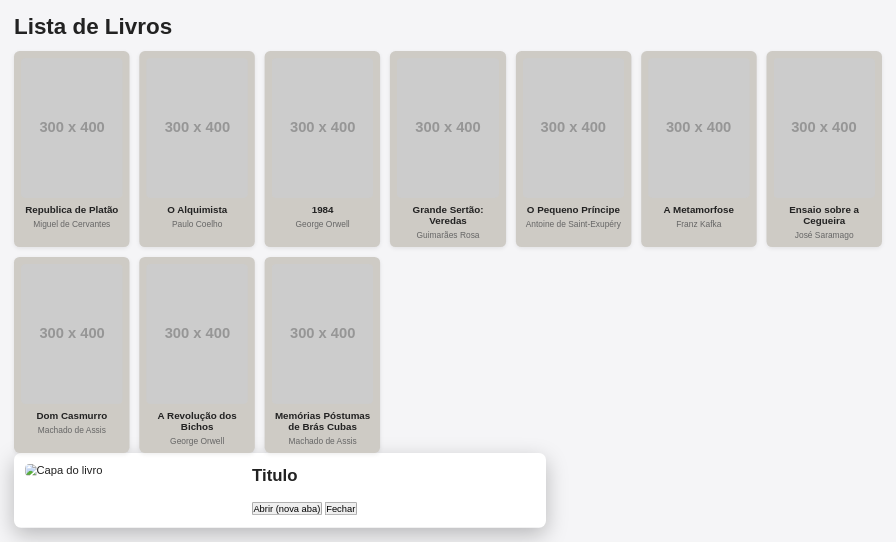
Repository: cleytonds/Biblioteca
Page: templates/lista_livros.HTML
The author's editor kept a copy of each file at every save. The page is drawn from the files as they stood at one save, then again after the next save.
The browser window is 1280 px wide. The pictures show the part of the page from y = 0 to 1920 px (the page is 774 px tall before and 2966 px after), at 70% of full size.

Above is the page before, as saved 2025-11-15 16:52:11.

After the next save:
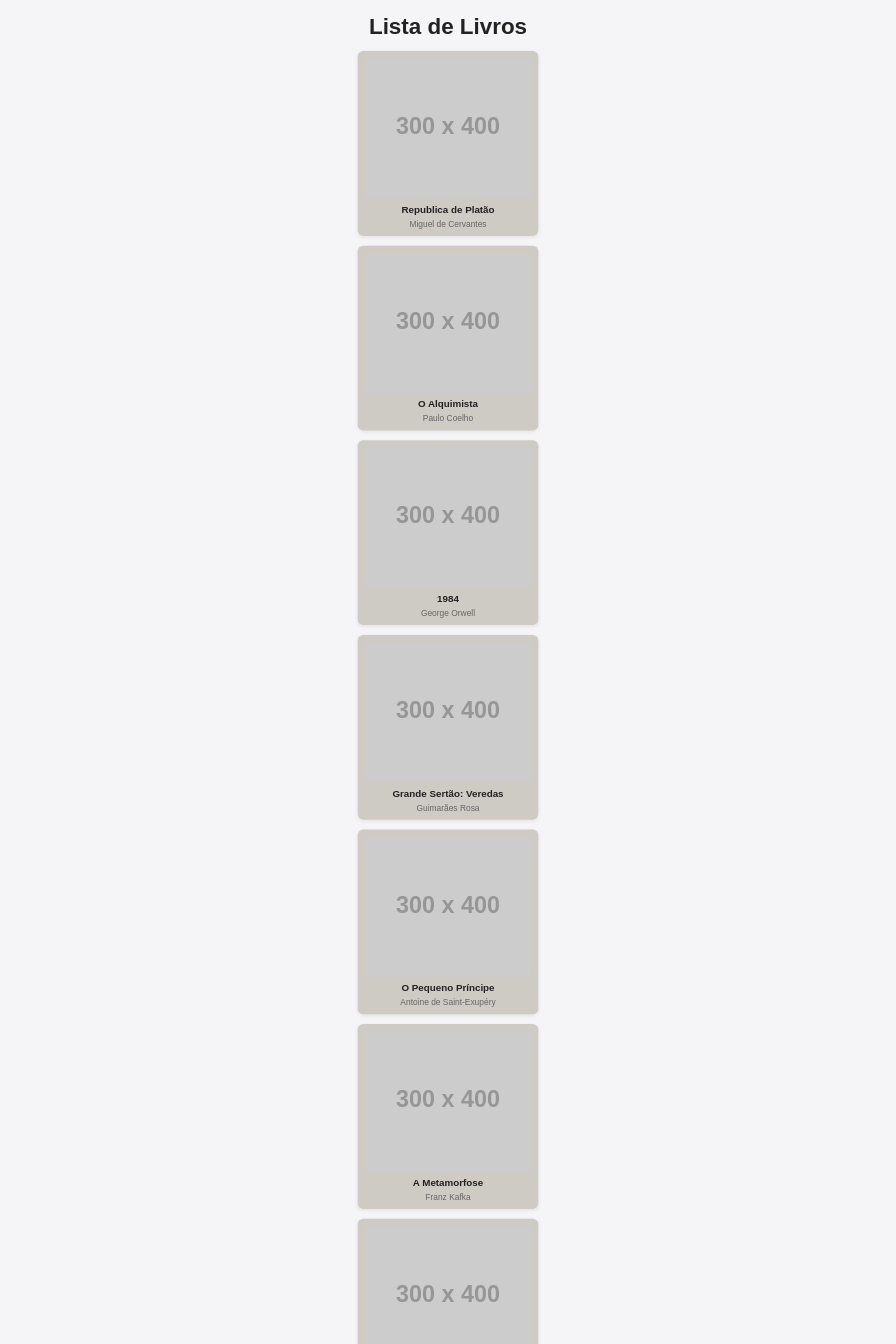
Saved 2 min 4 s later.
--- a/Static/lista_de_livros.css
+++ b/Static/lista_de_livros.css
@@ -10,8 +10,15 @@
     background: #f5f5f7;
     color: #222;
 
+    display: flex;
+    flex-direction: column;
+    justify-content: center;
+    align-items: center;
+    min-width: 100vh;
+
 
 }
+
 
 /* A section é o container das imagens*/
 section{
